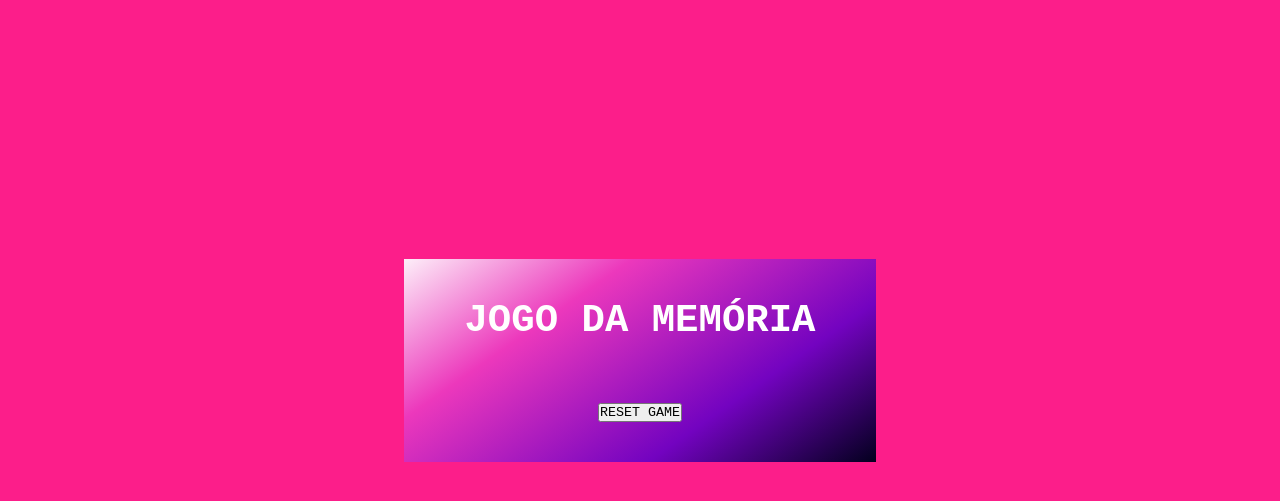
Repository: gustavotwist/memory-game
Page: index.html
An editor plug-in stored every save of this project. The page is shown before and after the next save, followed by the edit.
The browser window is 1280 px wide. The pictures show the whole page.

Above is the page before, as saved 2024-10-15 19:20:00.

### index.html
<!DOCTYPE html>
<html lang="pt-br">
<head>
    <meta charset="UTF-8">
    <meta name="viewport" content="width=device-width, initial-scale=1.0">
    <title>Jogo Da Memória</title>
    <link rel="stylesheet" href="./src/styles/reset.css">
    <link rel="stylesheet" href="./src/styles/main.css">
</head>
<body>
    <div class="container">
        <h2>JOGO DA MEMÓRIA</h2>
        <div class="game"></div>
        <button class="reset"
        onclick="window.location.reload()"
        >RESET GAME</button>
    </div>


    <script src="./src/scripts/engine.js" defer></script>
</body>
</html>

### src/styles/main.css
body {
    display: flex;
    justify-content: center;
    align-items: center;
    min-height: 100vh;
    background: #fc1e8a;
}

.container {
    position: relative;
    display: flex;
    flex-direction: column;
    justify-content: center;
    align-items: center;
    gap: 30px;
    background: linear-gradient(325deg, #03001e 0%, #7303c0 30%, #ec38bc 70%, #fdeff9 100%);
    padding: 40px 60px;
}

h2 {
    font-size: 3em;
    color: #fff;
    text-transform: uppercase;
    letter-spacing:;
}

Loaded but not shown: src/styles/reset.css (common file); src/scripts/engine.js (no copy from this time; the picture is the same without it)

After the next save:
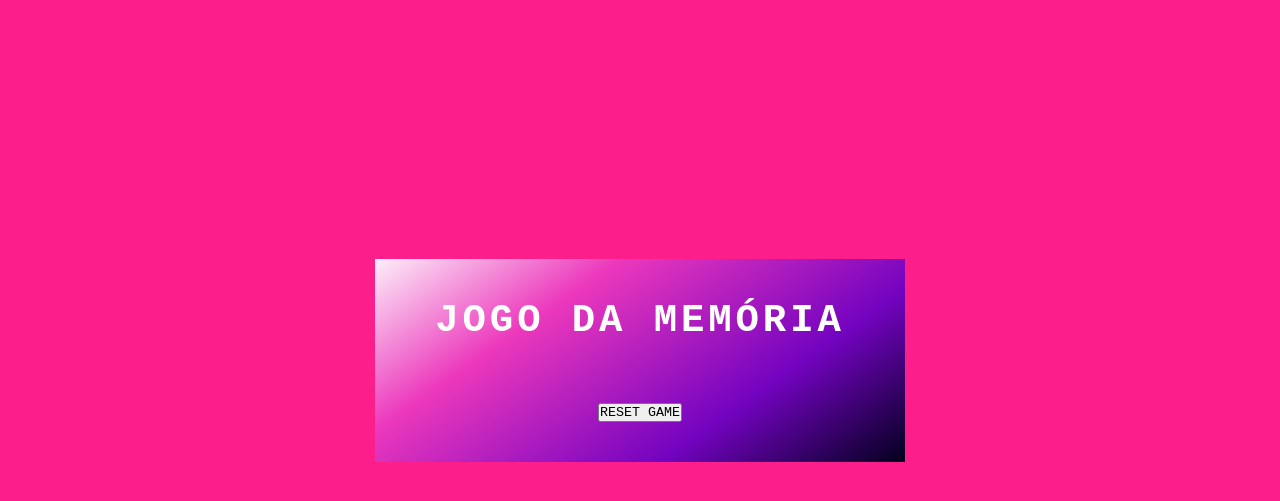
Saved 10 s later.
--- a/src/styles/main.css
+++ b/src/styles/main.css
@@ -21,5 +21,5 @@ h2 {
     font-size: 3em;
     color: #fff;
     text-transform: uppercase;
-    letter-spacing:;
+    letter-spacing: 0.1em;
 }
